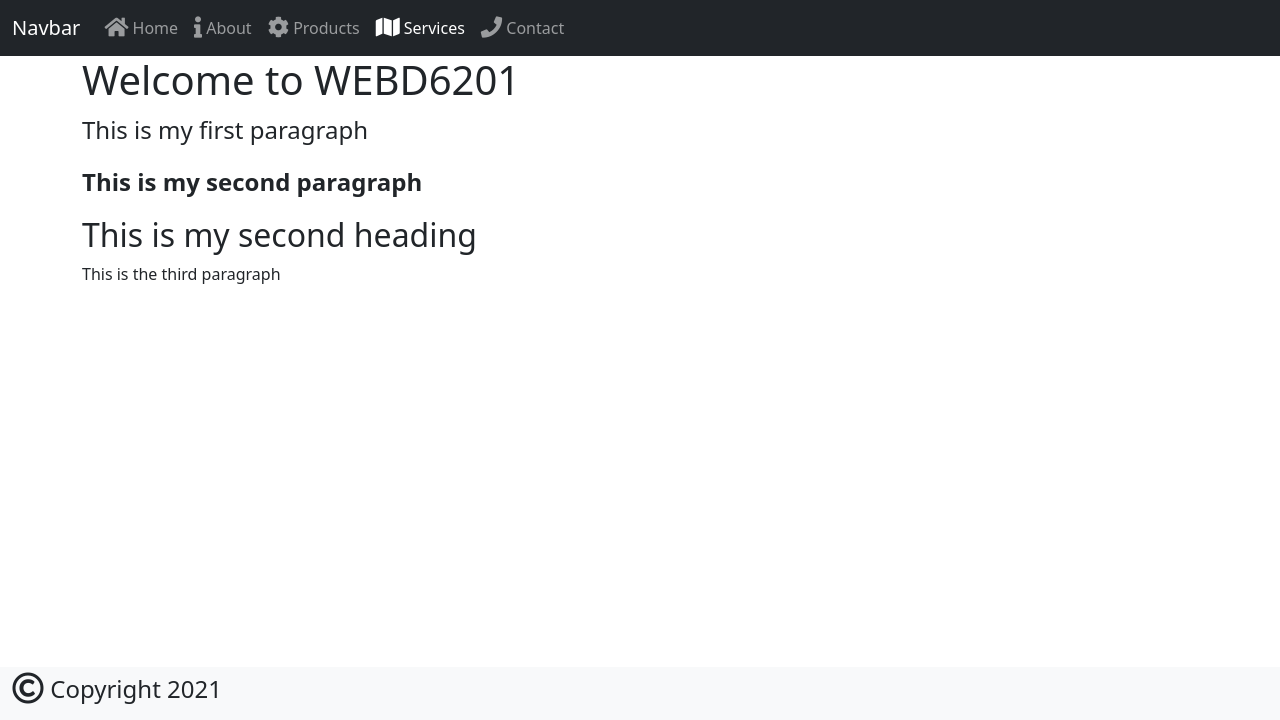
Repository: evanpalmer002/WEBD6201-ICE4
Page: services.html
These files come from the project's save history. The page is drawn as it stood at one moment and after the next save; the edit follows.
The browser window is 1280 px wide. The pictures show the whole page.

Above is the page before, as saved 2021-01-20 16:09:16.

After the next save:
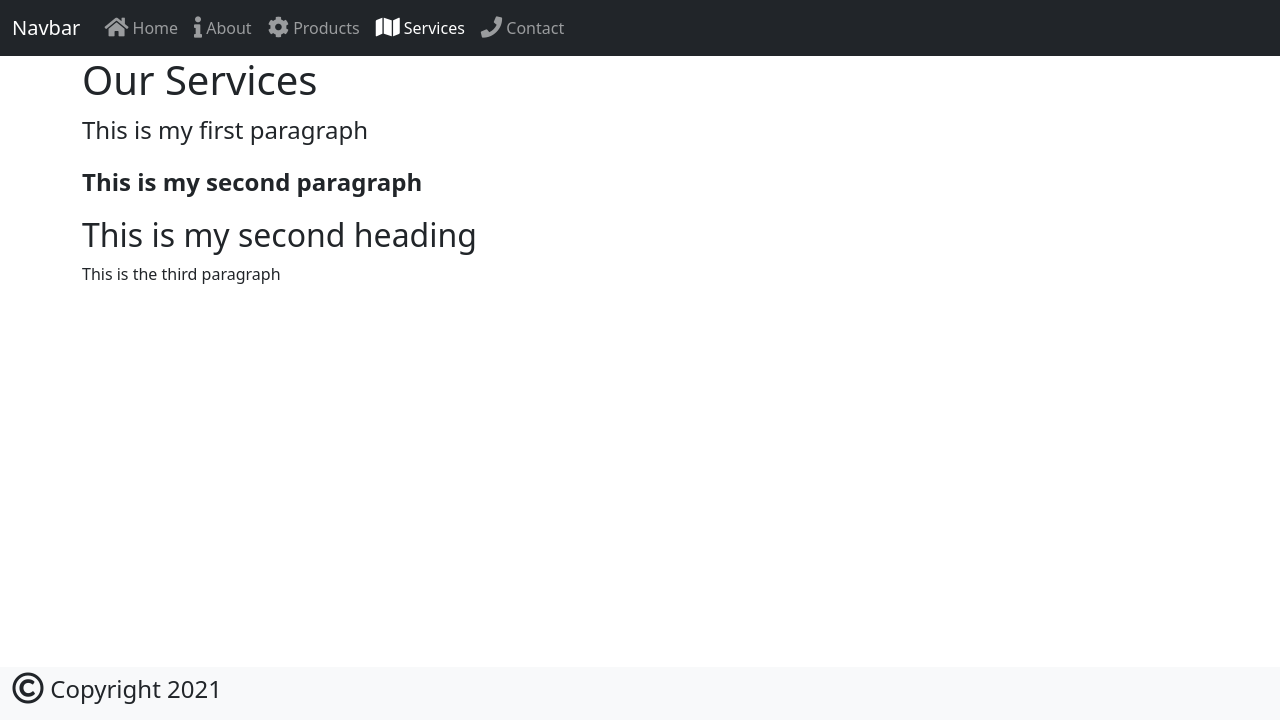
Saved 11 s later.
--- a/services.html
+++ b/services.html
@@ -49,7 +49,7 @@
     </header>
 
     <main class="container">
-        <h1>Welcome to WEBD6201</h1>
+        <h1>Our Services</h1>
         <p id="paragraphOne" class="fs-4"></p>
     </main>
 
